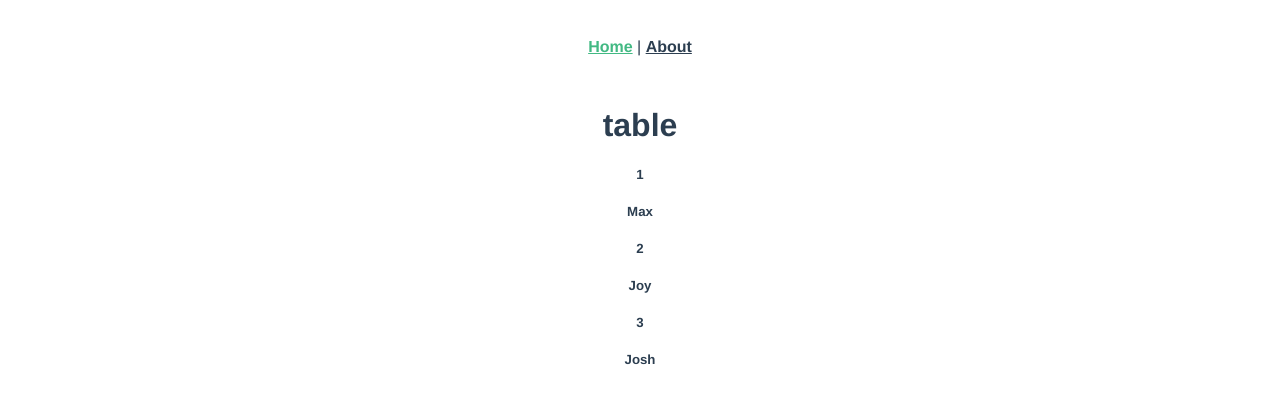
Repository: HaoMiffy/Vue3-compositionAPI-vuex-axios
Page: /
These files come from the project's save history. The page is drawn as it stood at one moment and after the next save; the edit follows.
The browser window is 1280 px wide. The pictures show the whole page.
The project was rebuilt for these pictures with package versions that can differ from the ones it lists, and the page was loaded fresh each time. Also part of the build but not shown: vue.config.js, src/components/HelloWorld.vue, src/views/HomeView.vue.

Above is the page before, as saved 2022-12-13 11:40:53.

After the next save:
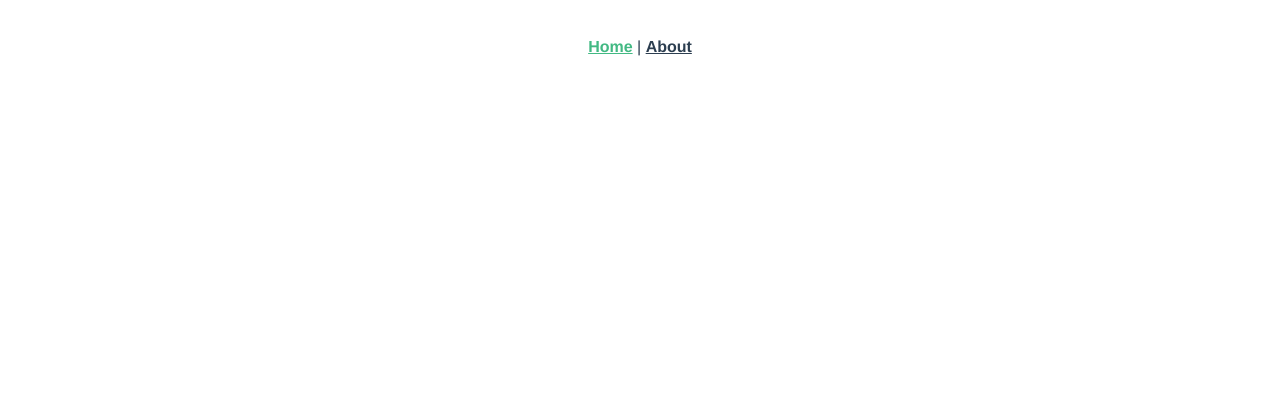
Saved 95 min 22 s later.
--- a/src/App.vue
+++ b/src/App.vue
@@ -22,21 +22,18 @@
 </template>
 
 <script>
-import { onMounted, reactive } from 'vue';
+import { reactive } from 'vue';
 import axios from 'axios';
-const url = "/data.json";
 export default {
   setup() {
-    onMounted(() => {
-      axios.get(url)
-        .then(res => {
-          console.log(res.data)
-          data.newsdata = res.data
-        })
-        .catch(function (error) { // 请求失败处理
-          console.log(error);
-        })
-    })
+    axios({
+      method: 'get',
+      url: "/data.json",
+      data: {
+        id: 'id',
+        name: 'name'
+      }
+    });
     const data = reactive({
       newsdata: '',
     })
@@ -46,6 +43,10 @@
 
 
 </script>
+
+
+
+
 
 
 <style>

After the 2 saves that followed:
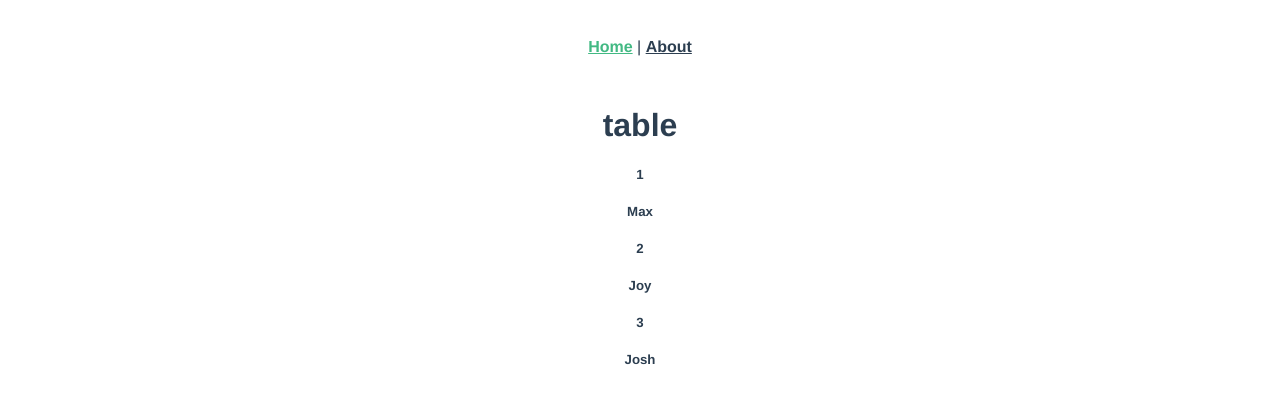
The 2 saves are shown as one change because 1 left the picture as it was.
The last was saved 2 min 48 s later.
--- a/src/App.vue
+++ b/src/App.vue
@@ -22,18 +22,27 @@
 </template>
 
 <script>
-import { reactive } from 'vue';
+import { onMounted, reactive } from 'vue';
 import axios from 'axios';
 export default {
   setup() {
-    axios({
-      method: 'get',
-      url: "/data.json",
-      data: {
-        id: 'id',
-        name: 'name'
-      }
-    });
+    onMounted(() => {
+      axios({
+        method: 'get',
+        url: "/data.json",
+        data: {
+          id: 'id',
+          name: 'name'
+        }
+      })
+        .then(res => {
+          console.log(res.data)
+          data.newsdata = res.data
+        })
+        .catch(function (error) { // 请求失败处理
+          console.log(error);
+        })
+    })
     const data = reactive({
       newsdata: '',
     })
@@ -46,7 +55,14 @@
 
 
 
-
+axios({
+  method: 'get',
+  url: "/data.json",
+  data: {
+    id: 'id',
+    name: 'name'
+  }
+});
 
 
 <style>
